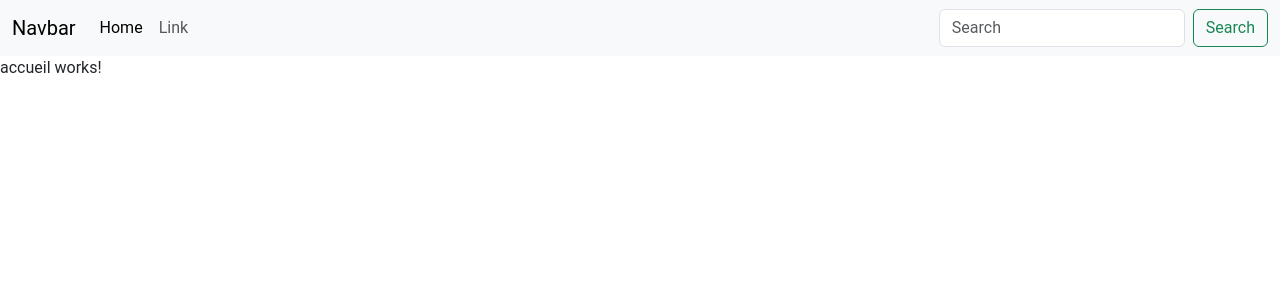
Repository: tecouz/Angular
Page: / (app in projet Angular/demo-angular-dfs2-g2/)
These files come from the project's save history. The page is drawn as it stood at one moment and after the next save; the edit follows.
The browser window is 1280 px wide. The pictures show the whole page.
The project was rebuilt for these pictures with package versions that can differ from the ones it lists, and the page was loaded fresh each time. Also part of the build but not shown: projet Angular/demo-angular-dfs2-g2/angular.json, projet Angular/demo-angular-dfs2-g2/src/app/pages/connexion/connexion.component.ts, projet Angular/demo-angular-dfs2-g2/src/app/pages/page404/page404.component.ts.

Above is the page before, as saved 2024-11-25 10:59:13.

### projet Angular/demo-angular-dfs2-g2/src/index.html
<!doctype html>
<html lang="en">
<head>
  <meta charset="utf-8">
  <title>DemoAngularDfs2G2</title>
  <base href="/">
  <meta name="viewport" content="width=device-width, initial-scale=1">
  <link rel="icon" type="image/x-icon" href="favicon.ico">
  <link href="https://cdn.jsdelivr.net/npm/bootstrap@5.3.3/dist/css/bootstrap.min.css" rel="stylesheet" integrity="sha384-QWTKZyjpPEjISv5WaRU9OFeRpok6YctnYmDr5pNlyT2bRjXh0JMhjY6hW+ALEwIH" crossorigin="anonymous">
</head>
<body>
  <app-root></app-root>
  <script src="https://cdn.jsdelivr.net/npm/bootstrap@5.3.3/dist/js/bootstrap.bundle.min.js" integrity="sha384-YvpcrYf0tY3lHB60NNkmXc5s9fDVZLESaAA55NDzOxhy9GkcIdslK1eN7N6jIeHz" crossorigin="anonymous"></script>
</body>
</html>

### projet Angular/demo-angular-dfs2-g2/src/app/app.component.ts
import { Component } from '@angular/core';
import { RouterLink, RouterOutlet } from '@angular/router';

@Component({
  selector: 'app-root',
  imports: [RouterOutlet, RouterLink],
  templateUrl: './app.component.html',
  styleUrl: './app.component.scss'
})
export class AppComponent {
  title = 'demo-angular-dfs2-g2';
}

### projet Angular/demo-angular-dfs2-g2/src/app/app.routes.ts
import { Routes } from '@angular/router';
import { AccueilComponent } from './pages/accueil/accueil.component';
import { ConnexionComponent } from './pages/connexion/connexion.component';
import { Page404Component } from './pages/page404/page404.component';

export const routes: Routes = [
    {path: "accueil", component: AccueilComponent},
    {path: "connexion", component: ConnexionComponent},
    {path: "", redirectTo: "accueil", pathMatch: "full"},
    {path: "**", component:Page404Component},
];

### projet Angular/demo-angular-dfs2-g2/src/app/app.component.html
<nav class="navbar navbar-expand-lg bg-body-tertiary">
  <div class="container-fluid">
    <a class="navbar-brand">Navbar</a>
    <button class="navbar-toggler" type="button" data-bs-toggle="collapse" data-bs-target="#navbarSupportedContent"
      aria-controls="navbarSupportedContent" aria-expanded="false" aria-label="Toggle navigation">
      <span class="navbar-toggler-icon"></span>
    </button>
    <div class="collapse navbar-collapse" id="navbarSupportedContent">
      <ul class="navbar-nav me-auto mb-2 mb-lg-0">
        <li class="nav-item">
          <a class="nav-link active">Home</a>
        </li>
        <li class="nav-item">
          <a class="nav-link">Link</a>
        </li>
      </ul>
      <form class="d-flex" role="search">
        <input class="form-control me-2" type="search" placeholder="Search" aria-label="Search">
        <button class="btn btn-outline-success" type="submit">Search</button>
      </form>
    </div>
  </div>
</nav>

<router-outlet></router-outlet>

### projet Angular/demo-angular-dfs2-g2/src/app/pages/accueil/accueil.component.ts
import { Component } from '@angular/core';

@Component({
  selector: 'app-accueil',
  imports: [],
  templateUrl: './accueil.component.html',
  styleUrl: './accueil.component.scss'
})
export class AccueilComponent {

}

Loaded but not shown: projet Angular/demo-angular-dfs2-g2/src/styles.scss (common file); projet Angular/demo-angular-dfs2-g2/src/main.ts (common file); projet Angular/demo-angular-dfs2-g2/src/app/app.config.ts (common file); projet Angular/demo-angular-dfs2-g2/src/app/pages/accueil/accueil.component.html (common file); projet Angular/demo-angular-dfs2-g2/src/app/app.component.scss (no stored copy; drawn as an empty file); projet Angular/demo-angular-dfs2-g2/src/app/pages/accueil/accueil.component.scss (no stored copy; drawn as an empty file)

After the next save:
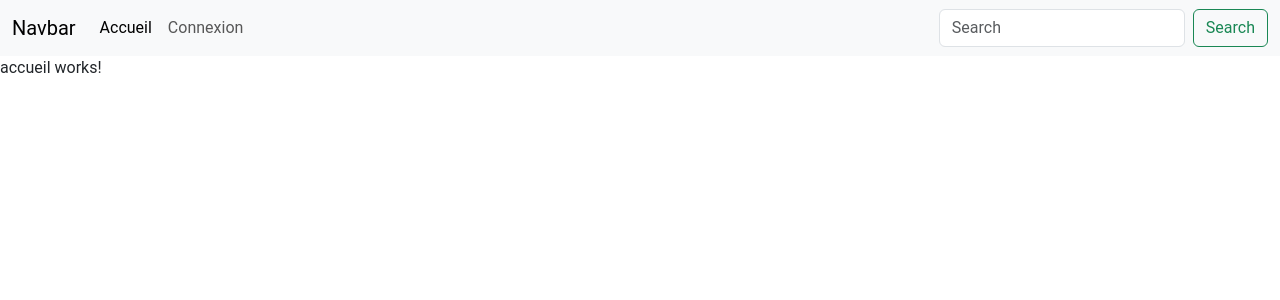
Saved 2 min 3 s later.
--- a/projet Angular/demo-angular-dfs2-g2/src/app/app.component.html
+++ b/projet Angular/demo-angular-dfs2-g2/src/app/app.component.html
@@ -8,10 +8,10 @@
     <div class="collapse navbar-collapse" id="navbarSupportedContent">
       <ul class="navbar-nav me-auto mb-2 mb-lg-0">
         <li class="nav-item">
-          <a class="nav-link active">Home</a>
+          <a class="nav-link active" routerLink="/accueil">Accueil</a>
         </li>
         <li class="nav-item">
-          <a class="nav-link">Link</a>
+          <a class="nav-link" routerLink="/connexion">Connexion</a>
         </li>
       </ul>
       <form class="d-flex" role="search">
